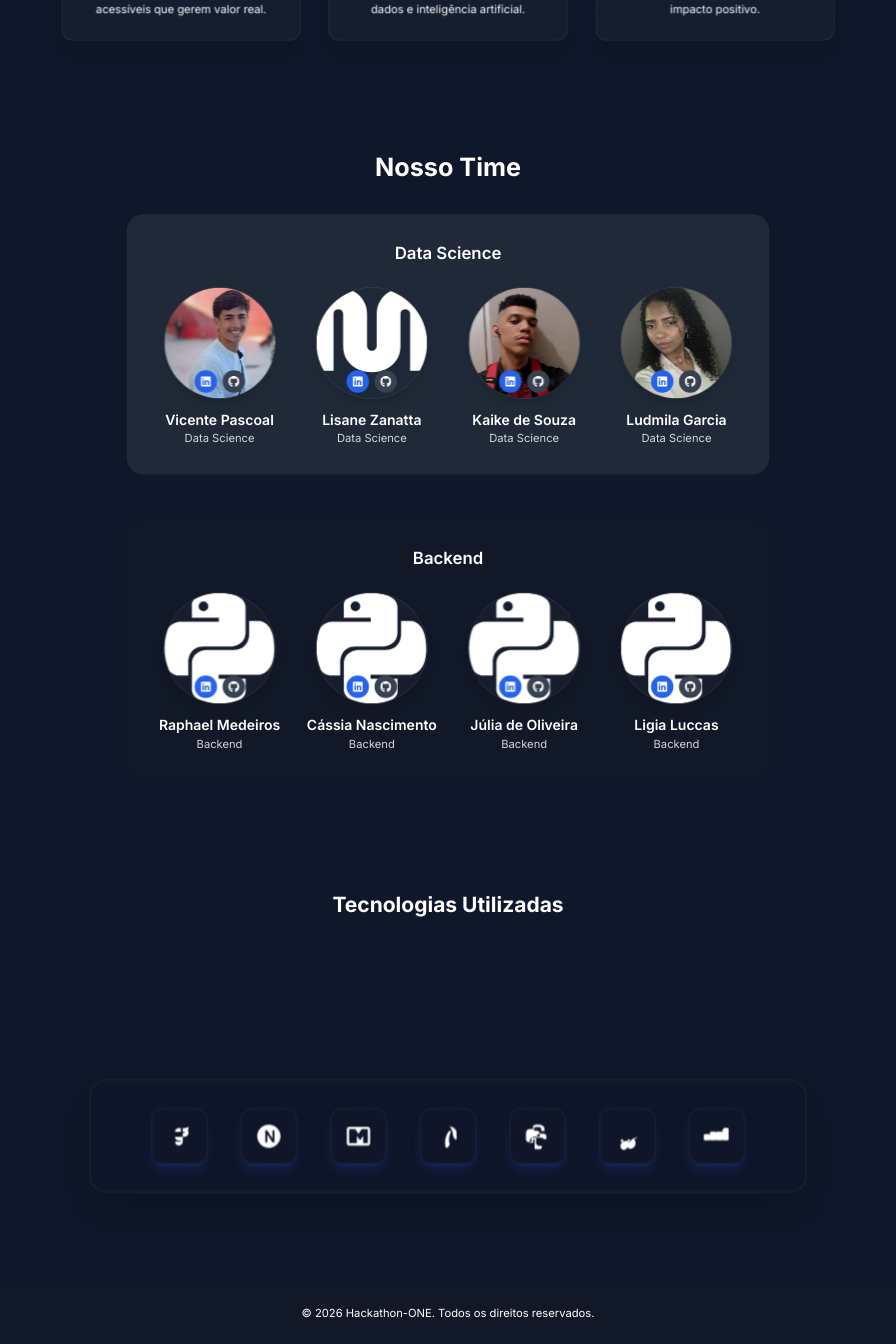
Repository: Hackaton-ONE/hackathon-Frontend
Page: /sobre-nos
These files come from the project's save history. The page is drawn as it stood at one moment and after a run of saves; the edit follows.
The browser window is 1280 px wide. The pictures show the part of the page from y = 1130 to 3050 px (the page is 3050 px tall before and 2986 px after), at 70% of full size.
Some web fonts or font styles are not loaded; a fallback is used. The project was rebuilt for these pictures with package versions that can differ from the ones it lists, and the page was loaded fresh each time. The framework's server and built-in components were replaced by stand-ins that run in the browser. Also part of the build but not shown: next.config.ts.

Above is the page before, as saved 2026-01-02 13:32:19.

After the next 2 saves:
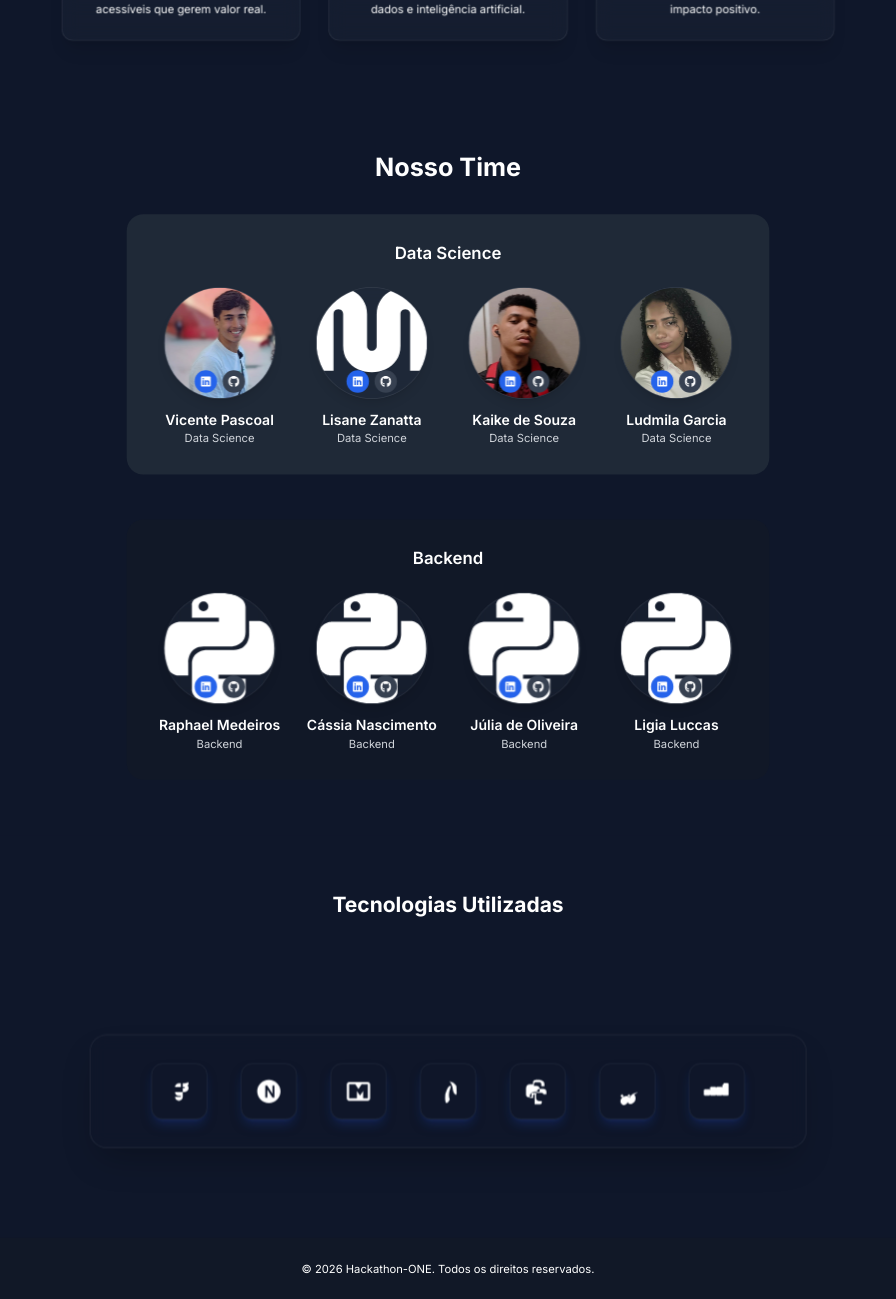
The 2 saves are shown as one change because they came seconds apart.
The last was saved 14 s later.
--- a/components/TechStack.tsx
+++ b/components/TechStack.tsx
@@ -49,7 +49,7 @@ export function TechStack() {
   ];
 
   return (
-    <section className="pt-32 lg:pt-48 py-12 px-4 lg:px-8 relative z-20"> {/* z-20 para ficar acima de qualquer glow residual */}
+    <section className="pt-32 py-12 px-4 lg:px-8 relative z-20"> {/* z-20 para ficar acima de qualquer glow residual */}
       <div className="max-w-5xl mx-auto">
 
         {/* Container Escuro e Longo (Igual à imagem) */}
